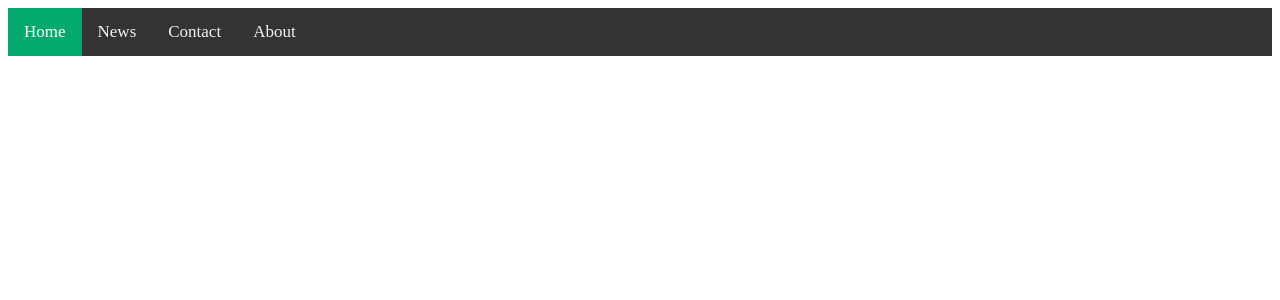
Repository: heartcut/NEWBCOINsite
Page: index.html
The author's editor kept a copy of each file at every save. The page is drawn from the files as they stood at one save, then again after the next save.
The browser window is 1280 px wide. The pictures show the whole page.

Above is the page before, as saved 2022-02-07 23:19:34.
Not found: js/scripts.js

### index.html
<!doctype html>

<html lang="en">

<head>
    <meta charset="utf-8">
    <meta name="viewport" content="width=device-width, initial-scale=1">

    <title>A Basic HTML5 Template</title>
    <meta name="description" content="A simple HTML5 Template for new projects.">
    <meta name="author" content="SitePoint">

    <meta property="og:title" content="A Basic HTML5 Template">
    <meta property="og:type" content="website">
    <meta property="og:url" content="https://www.sitepoint.com/a-basic-html5-template/">
    <meta property="og:description" content="A simple HTML5 Template for new projects.">
    <meta property="og:image" content="image.png">

    <link rel="icon" href="/favicon.ico">
    <link rel="icon" href="/favicon.svg" type="image/svg+xml">
    <link rel="apple-touch-icon" href="/apple-touch-icon.png">

    <link rel="stylesheet" href="styles.css">

</head>

<body>
    <div class="topnav">
        <a class="active" href="#home">Home</a>
        <a href="#news">News</a>
        <a href="#contact">Contact</a>
        <a href="#about">About</a>
    </div>
    <script src="js/scripts.js"></script>
</body>

</html>

### styles.css
/* Add a black background color to the top navigation */
.topnav {
    background-color: #333;
    overflow: hidden;
  }

  /* Style the links inside the navigation bar */
  .topnav a {
    float: left;
    color: #f2f2f2;
    text-align: center;
    padding: 14px 16px;
    text-decoration: none;
    font-size: 17px;
  }

  /* Change the color of links on hover */
  .topnav a:hover {
    background-color: #ddd;
  }

  /* Add a color to the active/current link */
  .topnav a.active {
    background-color: #04AA6D;
    color: white;
  }

After the next save:
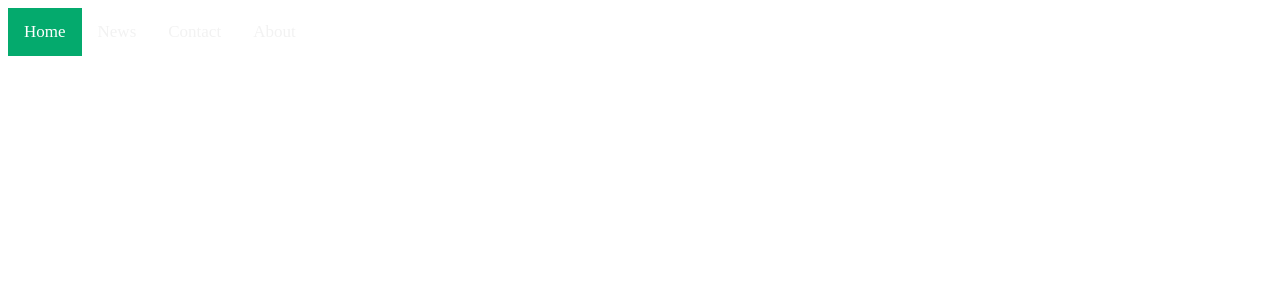
Saved 13 s later.
--- a/styles.css
+++ b/styles.css
@@ -1,6 +1,5 @@
 /* Add a black background color to the top navigation */
 .topnav {
-    background-color: #333;
     overflow: hidden;
   }
 
@@ -17,6 +16,7 @@
   /* Change the color of links on hover */
   .topnav a:hover {
     background-color: #ddd;
+    color: black;
   }
 
   /* Add a color to the active/current link */
